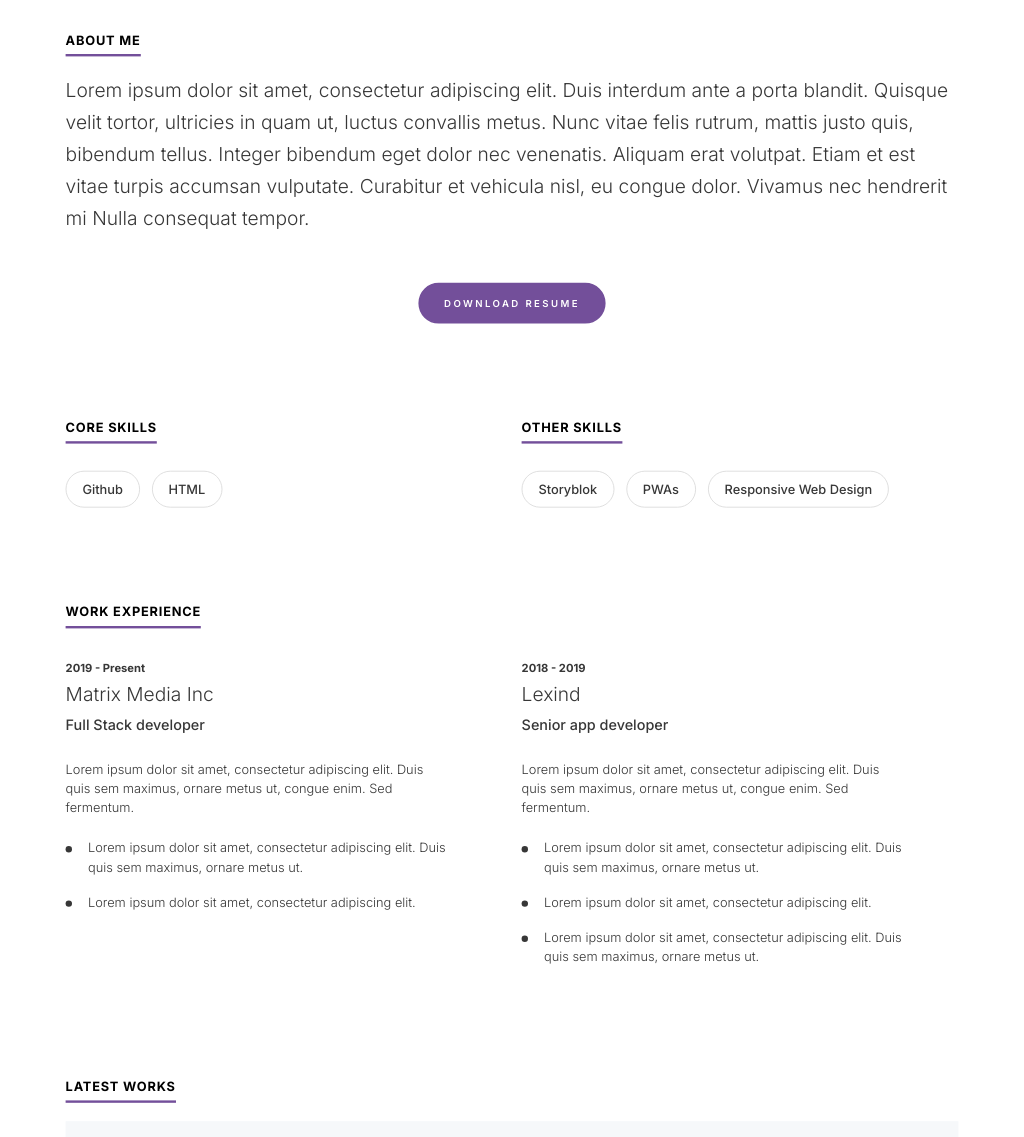
Repository: lxcxcxlxmb/portfolio
Page: index.html
These files come from the project's save history. The page is drawn as it stood at one moment and after the next save; the edit follows.
The browser window is 1280 px wide. The pictures show the part of the page from y = 668 to 2089 px (the page is 4036 px tall), at 80% of full size.
The pointer rests on the first visible `.ds-button`.
A picture or video elsewhere on the page could not be fetched, so the positions and the page height are approximate.

Above is the page before, as saved 2022-05-23 22:50:31.
Not found: assets/js/main.js

### index.html
<!doctype html>
<html lang="pt-br">
  <head>
    <!-- Required meta tags -->
    <meta charset="utf-8">
    <meta name="viewport" content="width=device-width, initial-scale=1">
      <!-- Google Fots -->
     <link rel="preconnect" href="https://fonts.googleapis.com">
    <link rel="preconnect" href="https://fonts.gstatic.com" crossorigin>
    <link href="https://fonts.googleapis.com/css2?family=Inter:wght@100;200;300;400;500;600;700;800;900&display=swap" rel="stylesheet">
      <!-- Remixicon Icon -->
      <link href="https://cdn.jsdelivr.net/npm/remixicon@2.5.0/fonts/remixicon.css" rel="stylesheet">
      <!-- Remixicon Icon -->
      <!-- Bootstrap CSS -->
      <link href="https://cdn.jsdelivr.net/npm/bootstrap@5.0.2/dist/css/bootstrap.min.css" rel="stylesheet" integrity="sha384-EVSTQN3/azprG1Anm3QDgpJLIm9Nao0Yz1ztcQTwFspd3yD65VohhpuuCOmLASjC" crossorigin="anonymous">
      <link href="https://unpkg.com/aos@2.3.1/dist/aos.css" rel="stylesheet">
      <!-- Main CSS -->
      <link href="assets/css/main.css" rel="stylesheet">


    <title>Defolio - Bootstrap 5 html resume template </title>
  </head>
  <body>

    <!-- header -->
    <header class="ds-header" id="site-header">
        <div class="container">
            <div class="ds-header-inner">
              <!-- logo -->
              <a href="index.html" class="ds-logo">
                <span>J</span>Jason Stroff
              </a>
              <!-- logo -->
              <!-- social -->
              <ul class="ds-social">
                <li><a href="#" target="_blank"><i class="ri-github-fill"></i></a></li>
                <li><a href="#" target="_blank"><i class="ri-stack-overflow-line"></i></a></li>
                <li><a href="#" target="_blank"><i class="ri-linkedin-fill"></i></a></li>
              </ul>
              <!-- social -->
            </div>
        </div>
    </header>
    <!-- header -->
    <!-- banner -->
    <div class="ds-banner">
      <div class="container">
        <div class="row">
          <div class="col-12 col-sm-12 col-md-5 col-lg-5 col-xl-5 col-xxl-5">
            <figure>
              <img src="assets/images/profile-image.jpg">
            </figure>
          </div>
          <div class="col-12 col-sm-12 col-md-7 col-lg-7 col-xl-7 col-xxl-7">
            <section>
                <h1>
                  <span>HI THERE</span>
                  I’m Jason Stroff <br> UI/UX DESIGNER + DEVELOPER based in Florida.
                </h1>
                <ul class="ds-numbervalulist">
                  <li>
                    <strong>6+</strong>
                    <span>Experience</span>
                  </li>
                  <li>
                    <strong>2,3</strong>
                    <span>Projetos</span>
                  </li>
                  <li>
                    <strong>0</strong>
                    <span>Clientes felizes</span>
                  </li>
                </ul>
            </section>
          </div>
        </div>
      </div>
    </div>
    <!-- banner -->

    <!-- about -->
    <div class="ds-about-section">
      <div class="container">
        <section>
            <h2 class="ds-heading">About Me</h2>
            <p>Lorem ipsum dolor sit amet, consectetur adipiscing elit. Duis interdum ante a porta blandit. Quisque velit tortor, ultricies in quam ut, luctus convallis metus. Nunc vitae felis rutrum, mattis justo quis, bibendum tellus. Integer bibendum eget dolor nec venenatis. Aliquam erat volutpat. Etiam et est vitae turpis accumsan vulputate. Curabitur et vehicula nisl, eu congue dolor. Vivamus nec hendrerit mi Nulla consequat tempor.</p>
            <div class="ds-button-sec text-center">
                <a href="#" class="ds-button">Download Resume</a>
            </div>
        </section>
      </div>
    </div>
    <!-- about -->

    <!--  Skills -->
    <div class="ds-skills-section">
      <div class="container">
        <div class="row">
          <div class="col-12 col-sm-12 col-md-6 col-lg-6 col-xl-6 col-xxl-6">
             <h2 class="ds-heading">Core Skills</h2>
             <ul class="ds-skills-list">
               <li>Github</li>
               <li>HTML</li>
             </ul>
          </div>
          <div class="col-12 col-sm-12 col-md-6 col-lg-6 col-xl-6 col-xxl-6">
            <h2 class="ds-heading">Other Skills</h2>
            <ul class="ds-skills-list">
              <li>Storyblok</li>
              <li>PWAs</li>
              <li>Responsive Web Design</li>
            </ul>
          </div>
        </div>
      </div>
    </div>
    <!--  Skills -->

   <!-- Experience -->
   <div class="ds-experience-section">
     <div class="container">
        <h2 class="ds-heading">Work Experience</h2>
        <div class="row ds-experience-list">
            <div class="col-12 col-sm-12 col-md-6 col-lg-6 col-xl-6 col-xxl-6">
              <section>
                <span class="ds-year">2019 - Present</span>
                <h3 class="ds-officename">Matrix Media Inc</h3>
                <span class="ds-department">Full Stack developer</span>
                <p>Lorem ipsum dolor sit amet, consectetur adipiscing elit. Duis quis sem maximus, ornare metus ut, congue enim. Sed fermentum.</p>
                <ul>
                  <li>Lorem ipsum dolor sit amet, consectetur adipiscing elit. Duis quis sem maximus, ornare metus ut.</li>
                  <li>Lorem ipsum dolor sit amet, consectetur adipiscing elit.</li>
                </ul>
              </section>
            </div>
            <div class="col-12 col-sm-12 col-md-6 col-lg-6 col-xl-6 col-xxl-6">
              <section>
                <span class="ds-year">2018 - 2019</span>
                <h3 class="ds-officename">Lexind</h3>
                <span class="ds-department">Senior app developer</span>
                <p>Lorem ipsum dolor sit amet, consectetur adipiscing elit. Duis quis sem maximus, ornare metus ut, congue enim. Sed fermentum.</p>
                <ul>
                  <li>Lorem ipsum dolor sit amet, consectetur adipiscing elit. Duis quis sem maximus, ornare metus ut.</li>
                  <li>Lorem ipsum dolor sit amet, consectetur adipiscing elit.</li>
                  <li>Lorem ipsum dolor sit amet, consectetur adipiscing elit. Duis quis sem maximus, ornare metus ut.</li>
                </ul>
              </section>
            </div>
        </div>
     </div>
   </div>
    <!-- Experience -->

   <!--  Work -->
   <div class="ds-work-section">
     <div class="container">
          <h2 class="ds-heading">Latest works</h2>
          <div class="ds-work-list-section">
            <div class="ds-work-list">
              <div class="row">
                  <div class="col-12 col-sm-12 col-md-7 col-lg-7 col-xl-7 col-xxl-7">
                      <section>
                          <h3 class="ds-work-tilte">Tripy mobile app</h3>
                          <p>Lorem ipsum dolor sit amet, consectetur adipiscing elit. Duis quis sem maximus, ornare metus ut, congue enim. Sed fermentum nulla tellus, quis efficitur mauris tristique efficitur. Aliquam rhoncus sem sed ullamcorper venenatis. Aenean malesuada eu orci non sodales. </p>
                          <a href="works-setails.html" class="ds-button">Details</a>
                      </section>
                  </div>
                  <div class="col-12 col-sm-12 col-md-5 col-lg-5 col-xl-5 col-xxl-5">
                      <figure><img src="assets/images/work-1.jpg"></figure>
                  </div>
              </div>
            </div>
            <div class="ds-work-list">
              <div class="row">
                  <div class="col-12 col-sm-12 col-md-7 col-lg-7 col-xl-7 col-xxl-7">
                      <section>
                          <h3 class="ds-work-tilte">Hello mobile app</h3>
                          <p>Lorem ipsum dolor sit amet, consectetur adipiscing elit. Duis quis sem maximus, ornare metus ut, congue enim. Sed fermentum nulla tellus, quis efficitur mauris tristique efficitur. Aliquam rhoncus sem sed ullamcorper venenatis. Aenean malesuada eu orci non sodales. </p>
                          <a href="works-setails.html" class="ds-button">Details</a>
                      </section>
                  </div>
                  <div class="col-12 col-sm-12 col-md-5 col-lg-5 col-xl-5 col-xxl-5">
                      <figure><img src="assets/images/work-2.jpg"></figure>
                  </div>
              </div>
            </div>
            <div class="ds-work-list">
              <div class="row">
                  <div class="col-12 col-sm-12 col-md-7 col-lg-7 col-xl-7 col-xxl-7">
                      <section>
                          <h3 class="ds-work-tilte">Cute cookies app</h3>
                          <p>Lorem ipsum dolor sit amet, consectetur adipiscing elit. Duis quis sem maximus, ornare metus ut, congue enim. Sed fermentum nulla tellus, quis efficitur mauris tristique efficitur. Aliquam rhoncus sem sed ullamcorper venenatis. Aenean malesuada eu orci non sodales. </p>
                          <a href="works-setails.html" class="ds-button">Details</a>
                      </section>
                  </div>
                  <div class="col-12 col-sm-12 col-md-5 col-lg-5 col-xl-5 col-xxl-5">
                       <figure><img src="assets/images/work-3.jpg"></figure>
                  </div>
              </div>
            </div>
          </div>
     </div>
   </div>
   <!--  Work -->

   <!--  footer -->
   <footer class="ds-footer text-center">
     <div class="container">
        <section>
          <span>Stay in touch</span>
          <h4>Ready to talk?</h4>
          <p>Feel free to contact us</p>
          <a href="mailto:test@test.com" class="ds-button">Lets Talk</a>
        </section>
        <span class="ds-copyright">© 2022 All rights reserved. Free minimal bootstrap template by <a href="https://designstub.com/" target="_blank">Designstub</a>.</span>
     </div>
   </footer>


    <script src="https://ajax.googleapis.com/ajax/libs/jquery/3.5.1/jquery.min.js"></script>
    <!-- Option 1: Bootstrap Bundle with Popper -->
    <script src="https://cdn.jsdelivr.net/npm/bootstrap@5.0.2/dist/js/bootstrap.bundle.min.js" integrity="sha384-MrcW6ZMFYlzcLA8Nl+NtUVF0sA7MsXsP1UyJoMp4YLEuNSfAP+JcXn/tWtIaxVXM" crossorigin="anonymous"></script>

    <!-- Option 2: Separate Popper and Bootstrap JS -->
    <!--
    <script src="https://cdn.jsdelivr.net/npm/@popperjs/core@2.9.2/dist/umd/popper.min.js" integrity="sha384-IQsoLXl5PILFhosVNubq5LC7Qb9DXgDA9i+tQ8Zj3iwWAwPtgFTxbJ8NT4GN1R8p" crossorigin="anonymous"></script>
    <script src="https://cdn.jsdelivr.net/npm/bootstrap@5.0.2/dist/js/bootstrap.min.js" integrity="sha384-cVKIPhGWiC2Al4u+LWgxfKTRIcfu0JTxR+EQDz/bgldoEyl4H0zUF0QKbrJ0EcQF" crossorigin="anonymous"></script>
    -->
    <script src="assets/js/main.js"></script>
  </body>
</html>

### assets/css/main.css
html {font-family: 'Inter', sans-serif;background-color:#FFF}
body {font-family: 'Inter', sans-serif;overflow-x: hidden; background-color:#FFF; font-weight:400;font-style: normal; color:#373737; font-size:14px}
a,a:hover,a:focus,i,input,button,input:focus,.transition {text-decoration: none;outline: none;transition-delay: 0s;transition-duration: 0.4s;transition-property: all;transition-timing-function: ease;box-shadow: none;}
a{color: #000}
iframe {border: 0;outline: none;}
::-moz-selection {background:#000;text-shadow: none;color:#FFF}
::selection {background:#000;text-shadow: none;color:#FFF}
img {max-width: 100%;border: none;outline: none;height: auto;}
input,textarea {border-radius: 0;resize: none;}
ul {padding: 0;margin: 0;}
@font-face {
font-family: 'Inter', sans-serif;}
input:-webkit-autofill, textarea:-webkit-autofill, select:-webkit-autofill {background-color: transparent;background-image: none;color:#000;}
/* 1.2 Typography */
h1,h2,h3,h4,h5,h6 {font-family: 'Inter', sans-serif;}
figure{ margin: 0 }
svg,img { max-width: 100%; height: auto; }

/*-----------------------------------------------------------------
  1. >>> Headr Style
----------------------------------------------------------------*/
.ds-header{ position:relative; top: 0; width: 100%; z-index: 5; background-color: #FFF; padding: 70px 0;transition-delay: 0s;transition-duration: 0.4s;transition-property: all;transition-timing-function: ease; }
.ds-header.ds-fixed-header{ padding:20px 0;box-shadow: 0px 0px 20px rgba(0, 0, 0, 0.25); }
.ds-header-inner{ display: flex; justify-content: space-between; align-items: center; }
.ds-logo{ text-transform: uppercase; font-size: 18px; letter-spacing: 3px; color: #000; display: flex; align-items: center; }
.ds-logo span{ display:flex; align-items: center; justify-content: center; width: 40px; height: 40px; background-color: #000; border-radius: 4px; color: #FFF; font-size: 22px; font-weight: 600; text-align: center; margin-right: 12px; }
.ds-logo:hover{ color: #000; }

.ds-social{ list-style: none; display: flex; align-items: center; flex-wrap: wrap; }
.ds-social li{ margin-left: 12px; }
.ds-social li:first-child{ margin-left: 0; }
.ds-social li a{ border-radius: 100%; color: #FFF; width: 24px; height: 24px; background-color: #734f9a; display:flex; justify-content: center; align-items: center; text-align: center; font-size: 16px; }
.ds-social li a:hover{ background-color: #000; color: #FFF; }
/*-----------------------------------------------------------------
  2. >>> Banner Style
----------------------------------------------------------------*/
.ds-banner section{ padding-left: 70px; padding-right: 100px; }
.ds-banner section h1 span{ display: block; text-transform: uppercase; letter-spacing: 1px;  font-weight: 500; font-size: 16px; padding-bottom: 30px; }
.ds-banner section h1{ font-weight: 600; font-size: 48px; line-height: 60px; color: #000; }
.ds-numbervalulist{ list-style: none; display: flex; align-items: center; flex-wrap: wrap; margin: 0; padding: 0; margin-top: 60px; }
.ds-numbervalulist li{ margin-right: 60px; }
.ds-numbervalulist li:last-child{ margin-right: 0; }
.ds-numbervalulist strong{ display: block; color: #734f9a; font-size: 36px; font-weight: 800; }
.ds-numbervalulist span{ font-size: 16px; letter-spacing: 1px; }
/*-----------------------------------------------------------------
  3. >>> About Style
----------------------------------------------------------------*/
.ds-about-section{ padding-top: 60px; padding-bottom: 120px; }
.ds-heading{ display: inline-block; font-weight: 700; color: #000; text-transform: uppercase; letter-spacing: 1px; font-size: 16px; border-bottom: 3px solid #734f9a; padding-bottom: 7px; margin-bottom: 23px; }
.ds-about-section p{ color: #373737; font-size: 24px; line-height: 40px; font-weight: 300; margin-bottom: 60px; }

.ds-button{ display: inline-block; text-transform: uppercase;font-size: 12px;line-height: 13px;font-weight: 600;letter-spacing: 3px; color:#734f9a; padding:17px 30px;  border: 2px solid #734f9a;border-radius: 60px; }
.ds-button:hover{ background-color:#734f9a ; color: #FFF; }
.ds-arrow-button i{ display: inline-block; vertical-align: middle; }
/*-----------------------------------------------------------------
  4. >>> Skills Style
----------------------------------------------------------------*/
.ds-skills-section{ padding-bottom: 105px; }
.ds-skills-list{ list-style: none; padding: 0; margin: 0; display: flex; flex-wrap: wrap; align-items: center; margin-top: 11px; }
.ds-skills-list li{ display: inline-block; color: #373737; font-size: 16px; padding:10px 20px; background-color: #FFF; border: 1px solid #D7D7D7;
  border-radius: 27px; margin-right: 15px; margin-bottom: 15px;  font-weight: 500;}

/*-----------------------------------------------------------------
  5. >>> Experience Style
----------------------------------------------------------------*/
.ds-experience-section{ padding-bottom: 120px; }
.ds-experience-list section{ padding-right: 70px; }
.ds-experience-list{ padding-top: 15px; }
.ds-officename{ font-size: 24px; font-weight: 300; margin-bottom:10px; }
.ds-experience-list span{ display: block; }
span.ds-year{ color: #373737; font-size: 14px; font-weight: 700; padding-bottom: 10px; }
span.ds-department{ color: #373737; font-weight: 500; font-size: 18px; padding-bottom: 30px; }
.ds-experience-list p{ font-size: 16px; line-height: 24px; font-weight: 300; }
.ds-experience-list ul{ list-style: none; padding: 0; margin: 0; padding-top: 10px; }
.ds-experience-list ul li{font-size: 16px; line-height: 24px; font-weight: 300; padding-left: 28px; position:relative; margin-bottom: 20px;}
.ds-experience-list ul li:before{ content: ""; position: absolute; left: 0; top: 10px; border-radius: 100%; width: 8px; height: 8px; background-color: #373737; }
/*-----------------------------------------------------------------
  6. >>> Work Style
----------------------------------------------------------------*/
.ds-work-section{ padding-bottom: 80px; }
.ds-work-list{ padding-left: 70px; padding-top:40px; padding-right: 70px; background-color:#F6F8FA; margin-bottom: 40px; }
.ds-work-list section{ padding-top: 20px; padding-right: 120px; }
.ds-work-tilte{ color: #000; font-size: 30px; line-height: 36px; font-weight: 600; margin-bottom: 30px; }
.ds-work-list p{ font-weight: 300; font-size: 18px; line-height: 30px; }
.ds-work-list .ds-button{ margin-top: 20px; }

.ds-work-det-hed{ padding-top: 42px; padding-bottom: 80px; }
.ds-work-det-title{ font-weight: 600; color:#000; font-size: 48px; margin-bottom: 20px; }
.ds-work-det-dep{ display:block;font-weight: 600; color: #000; font-size: 18px; }
.ds-work-content-sec{ padding: 100px 0; }
.ds-work-content-sec p{ font-size: 18px; line-height: 36px; margin-bottom: 30px; }
.ds-work-content-sec h2{ font-size: 30px; font-weight: 700; margin-bottom: 30px; }
.ds-work-content-sec ul{ list-style: none; padding: 0; margin: 0; }
.ds-work-content-sec li{font-size: 18px; line-height: 36px;  padding-left: 28px; position:relative; margin-bottom: 20px;}
.ds-work-content-sec li:before{ content: ""; position: absolute; left: 0; top: 13px; border-radius: 100%; width: 8px; height: 8px; background-color: #373737; }
/*-----------------------------------------------------------------
  7. >>> Footer Style
----------------------------------------------------------------*/
.ds-footer{ background-color: #734f9a; padding: 120px 0; }
.ds-footer section { padding-bottom: 97px; }
.ds-footer section span{ color: rgba(255,255,255,0.5); text-transform: uppercase; font-weight: 700; font-size: 16px; letter-spacing: 1px; display: block; padding-bottom: 20px; }
.ds-footer section  h4{ color: #FFF; font-size: 48px; font-weight: 700; }
.ds-footer section p{ letter-spacing: 1.13px; color: #FFF; font-size: 18px; margin-bottom: 40px; }
.ds-copyright{ color: rgba(255,255,255,0.5); letter-spacing: 1px; font-size: 16px; }
.ds-copyright a{color: rgba(255,255,255,0.5);}
.ds-copyright a:hover{ color: #8bd450; }



/*-------------------------------------------------------------------------------
 Responsive XS Style @media (max-width: 767px)
-------------------------------------------------------------------------------*/
@media (max-width: 768px) {
	.ds-header,.ds-header.ds-fixed-header{ padding: 15px 0; }
	.ds-banner,.ds-about-section,.ds-skills-section,.ds-experience-section,.ds-work-section,.ds-work-details-section{ padding-left: 10px; padding-right: 10px; }
	.ds-logo{ font-size: 0; }
	.ds-banner figure{ padding: 30px 0; }
	.ds-banner section{ padding-left: 0;padding-right: 0; }
	.ds-banner section h1 span{ padding-bottom: 0; }
	.ds-banner section h1,.ds-work-det-title{ font-size: 30px; line-height: 40px; }
	.ds-numbervalulist{ margin-top: 20px; }
	.ds-numbervalulist li{ margin-right: 30px; }
	.ds-numbervalulist strong{ font-size: 30px; }
	.ds-numbervalulist span{ font-size: 14px; }
	.ds-about-section{ padding-bottom: 60px; }
	.ds-about-section p,.ds-work-content-sec p,.ds-work-content-sec li{ font-size: 15px; line-height: 30px;margin-bottom: 30px; }
	.ds-skills-list li{ margin-right: 10px; margin-bottom: 10px; font-size: 14px; }
	.ds-skills-section .col-12,.ds-experience-list .col-12{ margin-bottom: 40px; }
	.ds-skills-section,.ds-work-section, .ds-experience-section{ padding-bottom: 0; }
	.ds-experience-list section{ padding-right: 0; }
	.ds-work-list{ padding: 30px; }
	.ds-work-list p{font-size: 15px; line-height: 30px;}
	.ds-footer{ padding: 60px 10px; }
	.ds-footer section h4{ font-size: 40px; }
	.ds-copyright{ font-size: 14px; }
	.ds-footer section{ padding-bottom: 30px; }
	.ds-button{ padding: 11px 10px; }
	.ds-work-details-section{ padding-top: 30px; }
	.ds-work-det-title{ margin-bottom: 7px; }
	.ds-work-content-sec h2{ font-size: 20px; }
	.ds-work-content-sec{ padding: 30px 0; }
	.ds-work-list section{ padding-right: 0; padding-bottom: 30px; }
}


@media (min-width: 768px) and (max-width: 991px) {
	.ds-work-list section{ padding-right: 30px; }

}

@media (min-width: 992px) and (max-width: 1199px) {
	.ds-banner section{ padding-right: 0; }
	.ds-work-list section{ padding-right: 30px; padding-bottom:60px; }


}

After the next save:
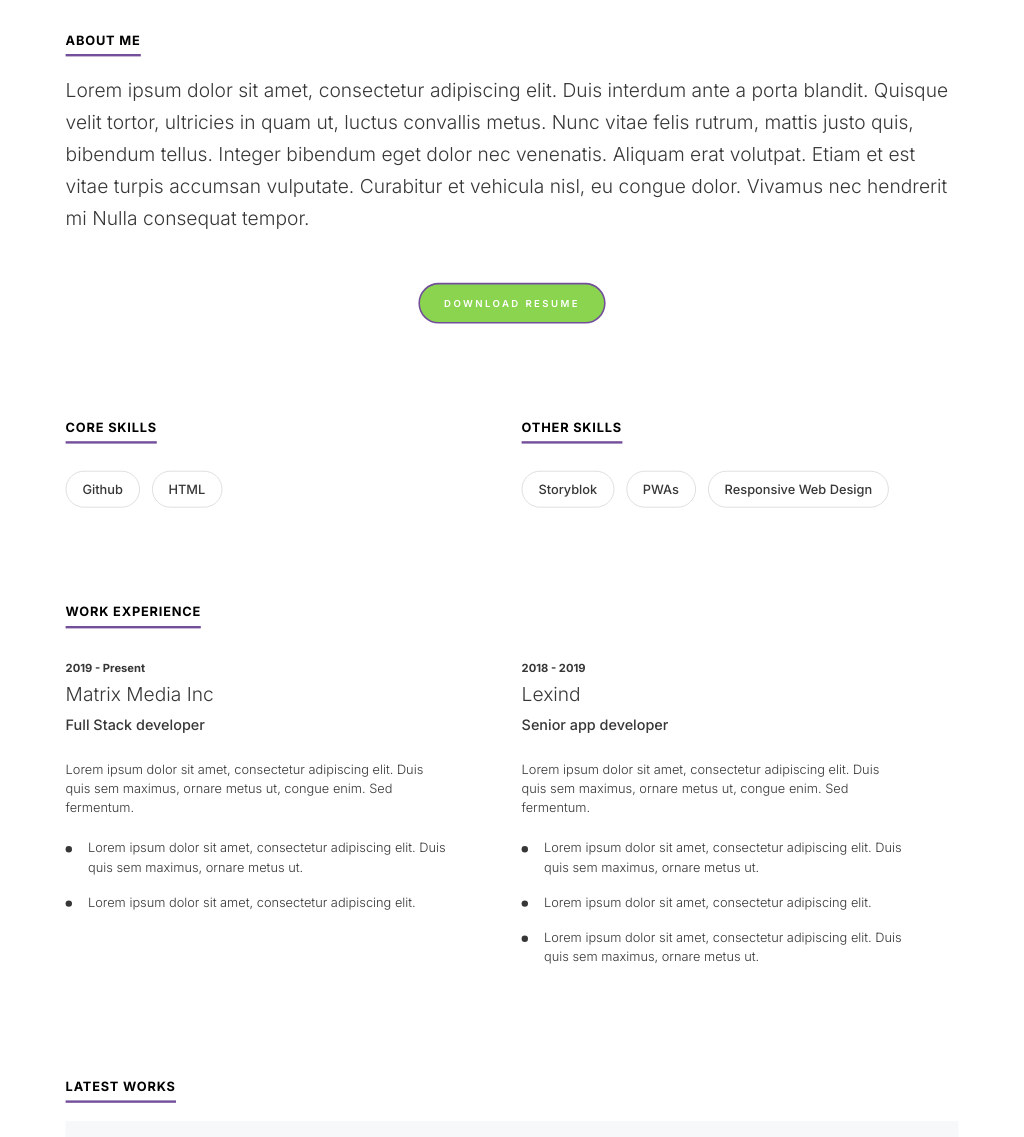
Saved 44 s later.
--- a/assets/css/main.css
+++ b/assets/css/main.css
@@ -50,7 +50,7 @@ svg,img { max-width: 100%; height: auto; }
 .ds-about-section p{ color: #373737; font-size: 24px; line-height: 40px; font-weight: 300; margin-bottom: 60px; }
 
 .ds-button{ display: inline-block; text-transform: uppercase;font-size: 12px;line-height: 13px;font-weight: 600;letter-spacing: 3px; color:#734f9a; padding:17px 30px;  border: 2px solid #734f9a;border-radius: 60px; }
-.ds-button:hover{ background-color:#734f9a ; color: #FFF; }
+.ds-button:hover{ background-color:#8bd450 ; color: #FFF; }
 .ds-arrow-button i{ display: inline-block; vertical-align: middle; }
 /*-----------------------------------------------------------------
   4. >>> Skills Style
